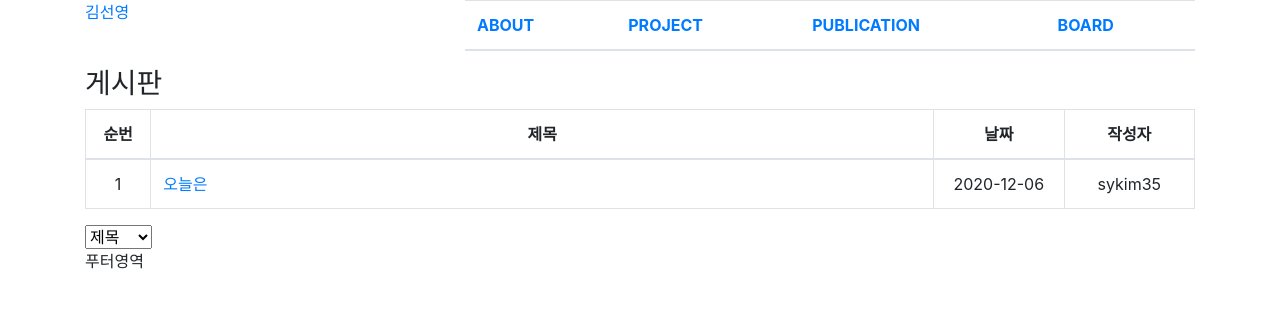
Repository: supremest35/web-projects
Page: http://localhost/noticeboard/board/list.jsp
These files come from the project's save history. The page is drawn as it stood at one moment and after the next save; the edit follows.
The browser window is 1280 px wide. The pictures show the whole page.
The page is served by Tomcat 9. Other server files are loaded and not shown.

Above is the page before, as saved 2020-12-06 04:03:18.

### noticeboard/WebContent/board/list.jsp
<%@ page language="java" contentType="text/html; charset=UTF-8"
    pageEncoding="UTF-8"%>
<!DOCTYPE html>
<html lang="ko">
<head>
  <title>Bootstrap 4 Example</title>
  <meta charset="utf-8">
  <meta name="viewport" content="width=device-width, initial-scale=1">
  <link rel="stylesheet" href="https://maxcdn.bootstrapcdn.com/bootstrap/4.5.2/css/bootstrap.min.css">
  <script src="https://ajax.googleapis.com/ajax/libs/jquery/3.5.1/jquery.min.js"></script>
  <script src="https://cdnjs.cloudflare.com/ajax/libs/popper.js/1.16.0/umd/popper.min.js"></script>
  <script src="https://maxcdn.bootstrapcdn.com/bootstrap/4.5.2/js/bootstrap.min.js"></script>
</head>
<body>
<div class="container">
	<div class="row">
		<div class="col-2"><a href="index.jsp">김선영</a></div>
		<div class="col-2"></div>
		<div class="col-8">
			<table class="table">
				<thead>
					<tr>
						<th><a href="">ABOUT</a></th>
						<th><a href="">PROJECT</a></th>
						<th><a href="">PUBLICATION</a></th>
						<th><a href="board/list.jsp">BOARD</a></th>
					</tr>
				</thead>
			</table>
		</div>
	</div>
	<div class="row">
		<div class="col-12">
			<h3>게시판</h3>
		</div>
		<div class="col-12">
			<div class="table">
				<table class="table table-bordered table-hover">
					<thead>
						<tr>
							<th style="width: 50px; text-align: center;">순번</th>
							<th style="width: 600px; text-align: center;">제목</th>
							<th style="width: 100px; text-align: center;">날짜</th>
							<th style="width: 100px; text-align: center;">작성자</th>
						</tr>
					</thead>
					<tbody>
						<tr>
							<td style="width: 50px; text-align: center;">1</td>
							<td style="width: 600px;"><a href="">오늘은</a></td>
							<td style="width: 100px; text-align: center;">2020-12-06</td>
							<td style="width: 100px; text-align: center;">sykim35</td>
						</tr>
					</tbody>
				</table>
			</div>
		</div>
		<div class="col-12">
			<select name="searchType">
				<option value="제목">제목</option>
				<option value="작성자">작성자</option>
			</select>
		</div>
	</div>
	<div class="row">
		<div class="col-12">푸터영역</div>
	</div>
</div>
</body>
</html>

After the next save:
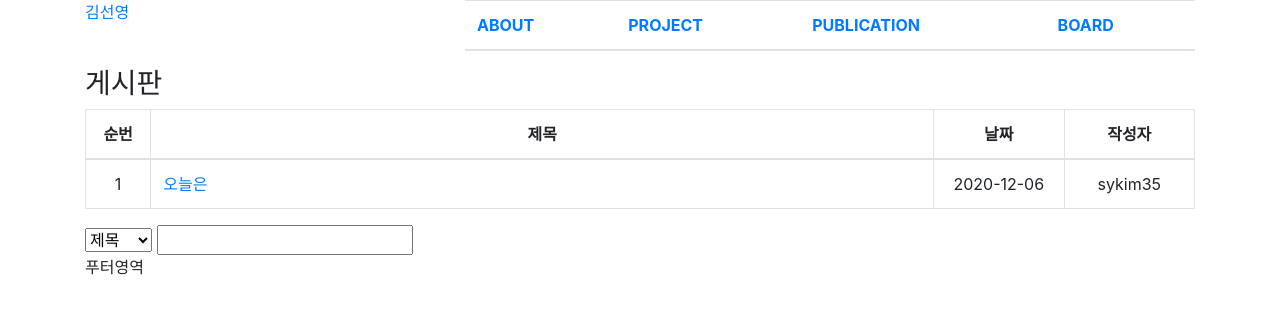
Saved 42 s later.
--- a/noticeboard/WebContent/board/list.jsp
+++ b/noticeboard/WebContent/board/list.jsp
@@ -60,6 +60,7 @@
 				<option value="제목">제목</option>
 				<option value="작성자">작성자</option>
 			</select>
+			<input type="text" name="keyword" />
 		</div>
 	</div>
 	<div class="row">
